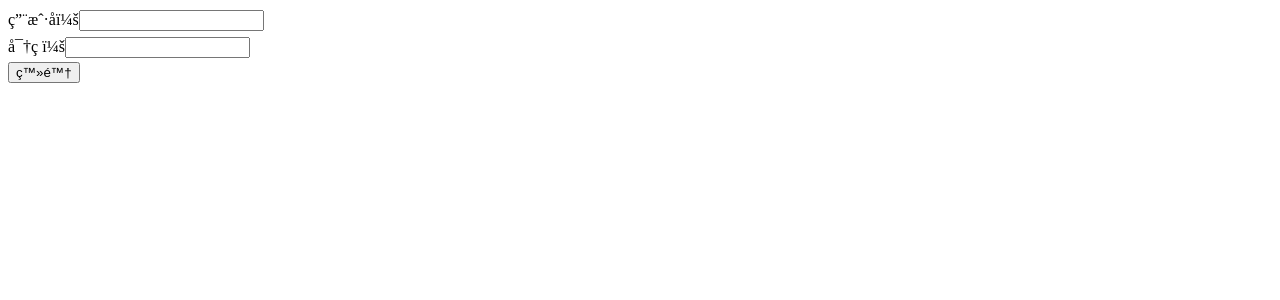
Repository: vagrantgrapefruit/JAVA
Page: http://localhost/MeetRoomManage/Login.jsp
An editor plug-in stored every save of this project. The page is shown before and after the next save, followed by the edit.
The browser window is 1280 px wide. The pictures show the whole page.
The page is served by Tomcat 9.

Above is the page before, as saved 2017-12-27 15:57:41.

After the next save:
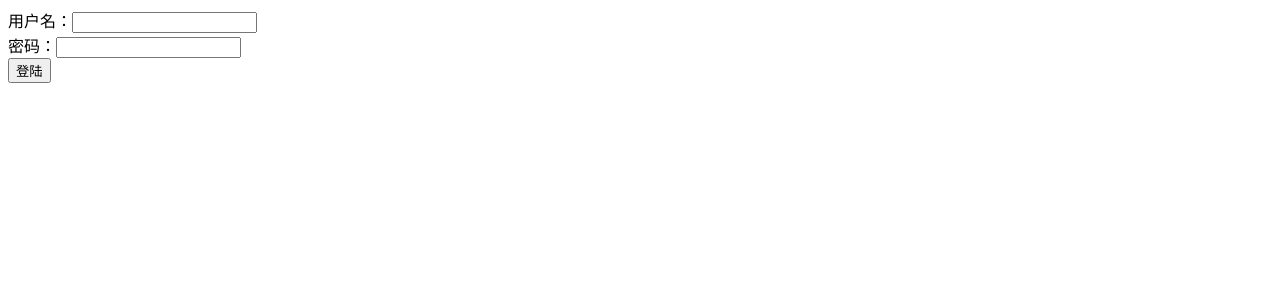
Saved 13 s later.
--- a/MeetRoomManage/WebRoot/Login.jsp
+++ b/MeetRoomManage/WebRoot/Login.jsp
@@ -1,4 +1,4 @@
-<%@ page language="java" import="java.util.*" pageEncoding="ISO-8859-1"%>
+<%@ page language="java" import="java.util.*" pageEncoding="UTF-8"%>
 <%
 String path = request.getContextPath();
 String basePath = request.getScheme()+"://"+request.getServerName()+":"+request.getServerPort()+path+"/";
